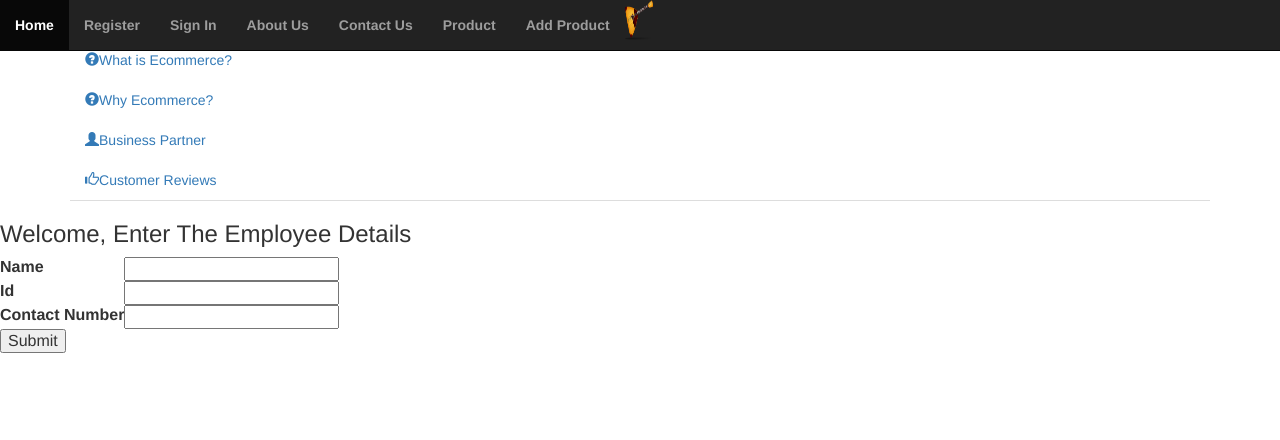
Repository: aradhana15/myFinalRepository
Page: http://localhost/music/WEB-INF/views/addproduct.jsp
The author's editor kept a copy of each file at every save. The page is drawn from the files as they stood at one save, then again after the next save.
The browser window is 1280 px wide. The pictures show the whole page.
The page is served by Tomcat 9. Nobody is signed in. Other server files are loaded and not shown. The template is opened directly, without the code that normally fills it, so the values that code supplies are empty.

Above is the page before, as saved 2016-04-23 17:03:17.
Console error (its wording comes from the project's code and is left out).

### wwf/music/src/main/webapp/WEB-INF/views/addproduct.jsp
<html>
<%@include file="header.jsp"%>
<head></head>
<body>
	<%@ taglib prefix="form" uri="http://www.springframework.org/tags/form"%>
<html>
    <head>
    </head>
    <body>
        <h3>Welcome, Enter The Employee Details</h3>
        <form:form method="POST" action="/packs.musiccontroller" modelAttribute="product">
             <table>
                <tr>
                    <td><form:label path="name">Name</form:label></td>
                    <td><form:input path="name"/></td>
                </tr>
                <tr>
                    <td><form:label path="id">Id</form:label></td>
                    <td><form:input path="id"/></td>
                </tr>
                <tr>
                    <td><form:label path="contactNumber">Contact Number</form:label></td>
                    <td><form:input path="contactNumber"/></td>
                </tr>
                <tr>
                    <td><input type="submit" value="Submit"/></td>
                </tr>
            </table>
        </form:form>
    </body>
</html>


</body>
</html>

### wwf/music/src/main/webapp/WEB-INF/views/header.jsp

<meta name="viewport" content="width=device-width, initial-scale=1">
<link rel="stylesheet"
	href="http://maxcdn.bootstrapcdn.com/bootstrap/3.3.6/css/bootstrap.min.css">
<script
	src="http://maxcdn.bootstrapcdn.com/bootstrap/3.3.6/js/bootstrap.min.js"></script>
<%@taglib prefix="spr" uri="http://www.springframework.org/tags"%>
<%@taglib prefix="c" uri="http://java.sun.com/jsp/jstl/core"%>


<div class="container">
	<div class="navbar navbar-inverse navbar-fixed-top" role="navigation" style="background-color:rgb(); ;font-weight: bold;play-during: mix;color: white">


		<div class="nav navbar-nav">
			<li class="active"><a href="house">Home</a></li>
			<li><a href="register">Register</a></li>
			<!-- if u by deflt make anything acive -->
			<li><a href="sign">Sign In</a></li>
			<li><a href="aboutus">About Us</a></li>
			<li><a href="contactus">Contact Us</a></li>
			<li><a href="product">Product</a></li>
			<li><a href="addproduct">Add Product</a></li>
			 <li><img src="<c:url value='/resources/images/guitar.jpg' />"height="40px" width="30px"></li>


		</div>
	</div>
	<!-- <div class="nav navbar-nav"> -->
	<br>
	<br>
	<div class="nav nav-tabs">
		<button type="button" class="navbar-toggle" data-toggle="collapse"
			data-target=".navbar-collapse">
			<span class="sr-only">Toggle navigation</span> <span class="icon-bar"></span>
			<span class="icon-bar"></span> <span class="icon-bar"></span>
		</button>
		<ul class="nav">
			<li class="active"><a href="whatecomm"> <i
					class="glyphicon glyphicon-question-sign"></i>What is Ecommerce?</a>
			<li><a href="yecomm"> <i
					class="glyphicon glyphicon-question-sign"></i>Why Ecommerce?</a></li>
			<li><a href="businessparter"> <i
					class="glyphicon glyphicon-user"></i>Business Partner</a></li>
			<li><a href="custreview"> <i
					class="glyphicon glyphicon-thumbs-up"></i>Customer Reviews</a></li>
		</ul>
	</div>
</div>

After the next save:
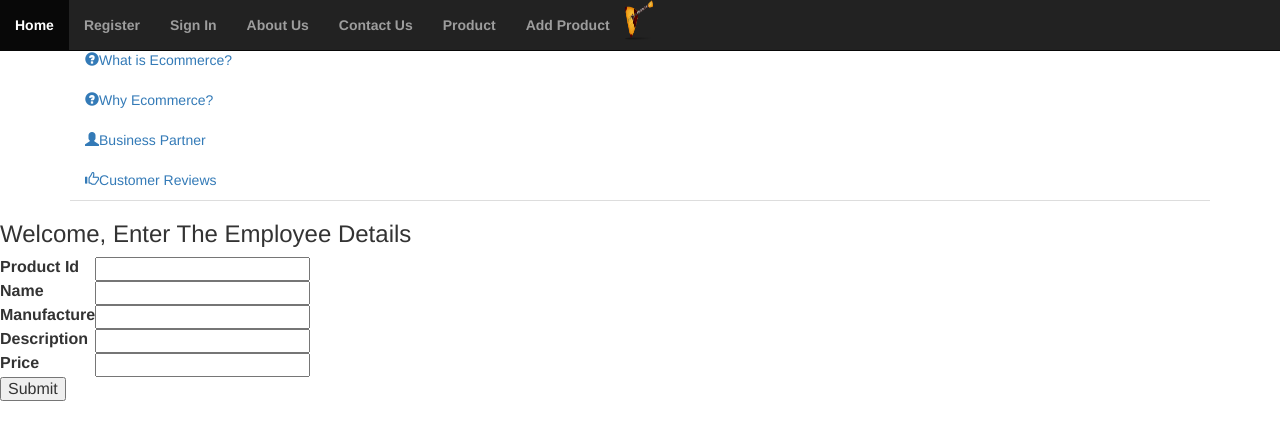
Saved 2 min 17 s later.
--- a/wwf/music/src/main/webapp/WEB-INF/views/addproduct.jsp
+++ b/wwf/music/src/main/webapp/WEB-INF/views/addproduct.jsp
@@ -11,17 +11,26 @@
         <form:form method="POST" action="/packs.musiccontroller" modelAttribute="product">
              <table>
                 <tr>
+                    <td><form:label path="id">Product Id</form:label></td>
+                    <td><form:input path="id"/></td>
+                </tr>
+                <tr>
                     <td><form:label path="name">Name</form:label></td>
                     <td><form:input path="name"/></td>
                 </tr>
                 <tr>
-                    <td><form:label path="id">Id</form:label></td>
-                    <td><form:input path="id"/></td>
+                    <td><form:label path="manufacture">Manufacture</form:label></td>
+                    <td><form:input path="manufacture"/></td>
                 </tr>
                 <tr>
-                    <td><form:label path="contactNumber">Contact Number</form:label></td>
-                    <td><form:input path="contactNumber"/></td>
+                    <td><form:label path="desc">Description</form:label></td>
+                    <td><form:input path="desc"/></td>
                 </tr>
+                <tr>
+                    <td><form:label path="price">Price</form:label></td>
+                    <td><form:input path="price"/></td>
+                </tr>
+
                 <tr>
                     <td><input type="submit" value="Submit"/></td>
                 </tr>
